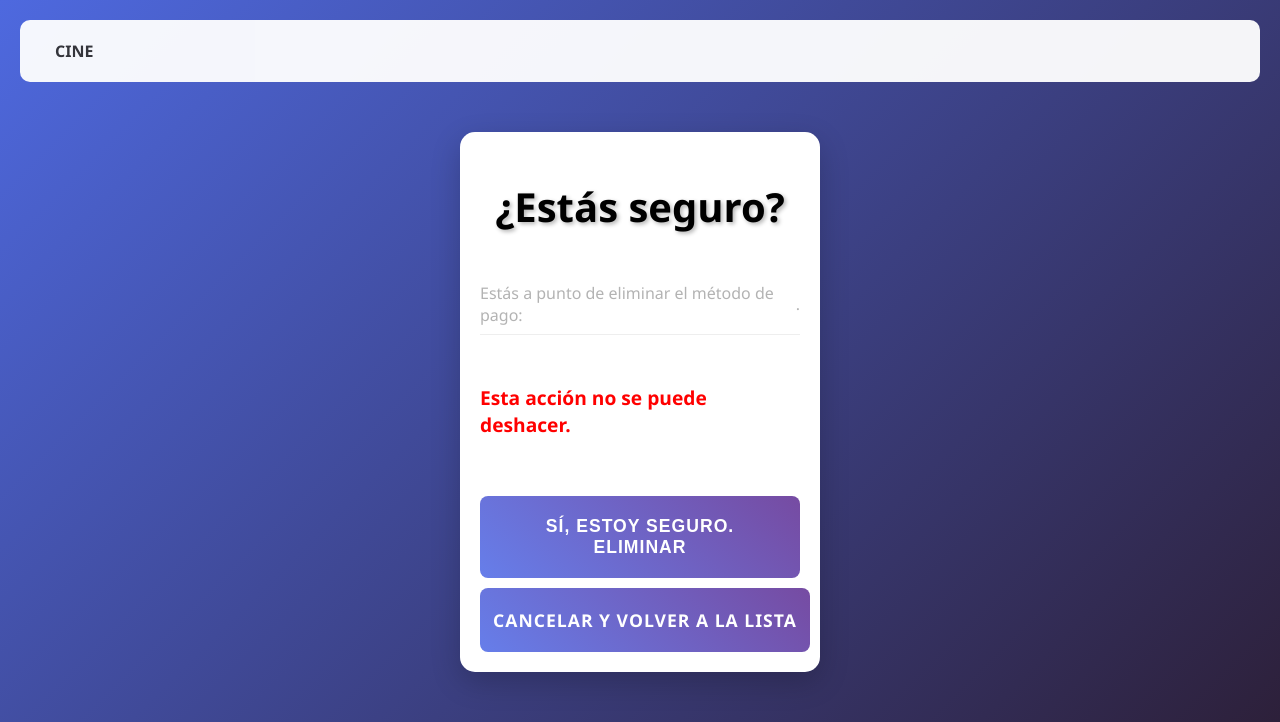
Repository: RoyScc/Practico-Django
Page: tickets/templates/tickets/borrar_metodo.html
The author's editor kept a copy of each file at every save. The page is drawn from the files as they stood at one save, then again after the next save.
The browser window is 1280 px wide. The pictures show the whole page.
The page is served by the project's application, run on Django 5.2 (manage.py). The template is opened directly, without the code that normally fills it, so the values that code supplies are empty.

Above is the page before, as saved 2026-05-14 00:10:16.

After the next save:
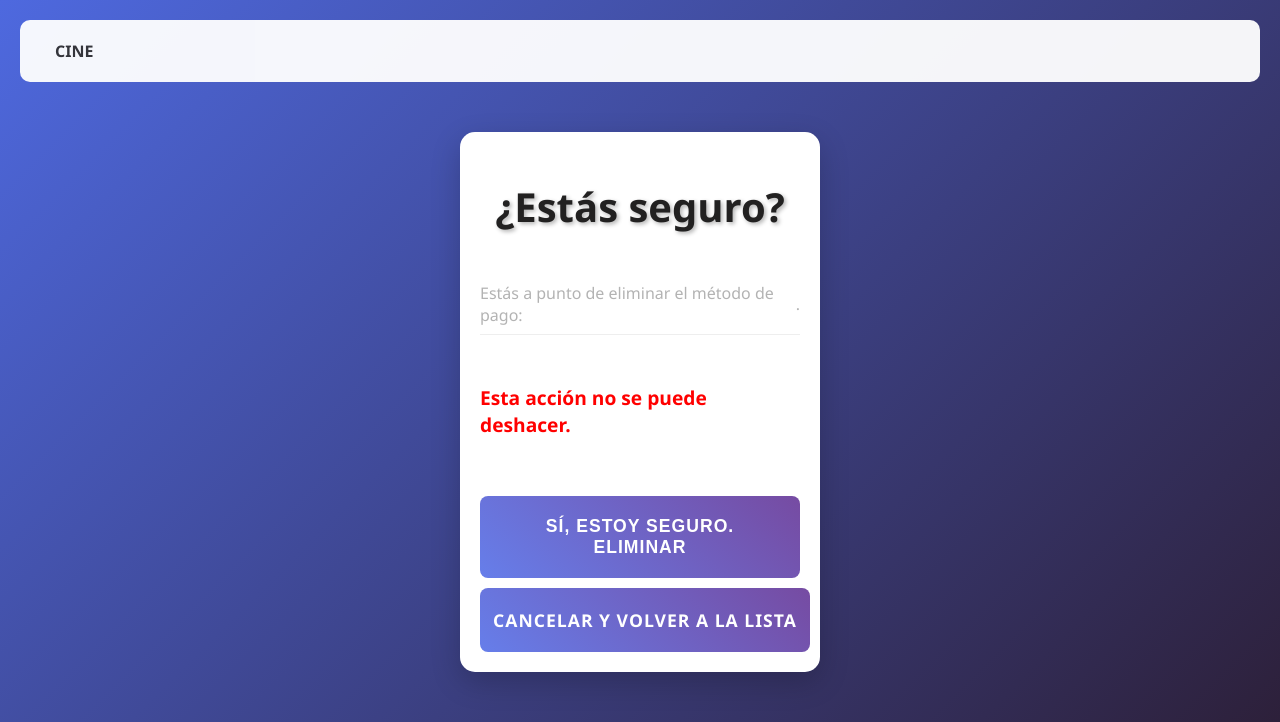
Saved 8 s later.
--- a/tickets/templates/tickets/borrar_metodo.html
+++ b/tickets/templates/tickets/borrar_metodo.html
@@ -5,7 +5,7 @@
 {% block body %}
 <div class="cartelera">
     <div class="ticket-item">
-        <h1 style="color:black">¿Estás seguro?</h1>
+        <h1 style="color:rgb(34, 33, 33)">¿Estás seguro?</h1>
 
         <p>Estás a punto de eliminar el método de pago: <strong>{{ metodo.nombre }}</strong>.</p>
         <p style="color: red;">Esta acción no se puede deshacer.</p>
